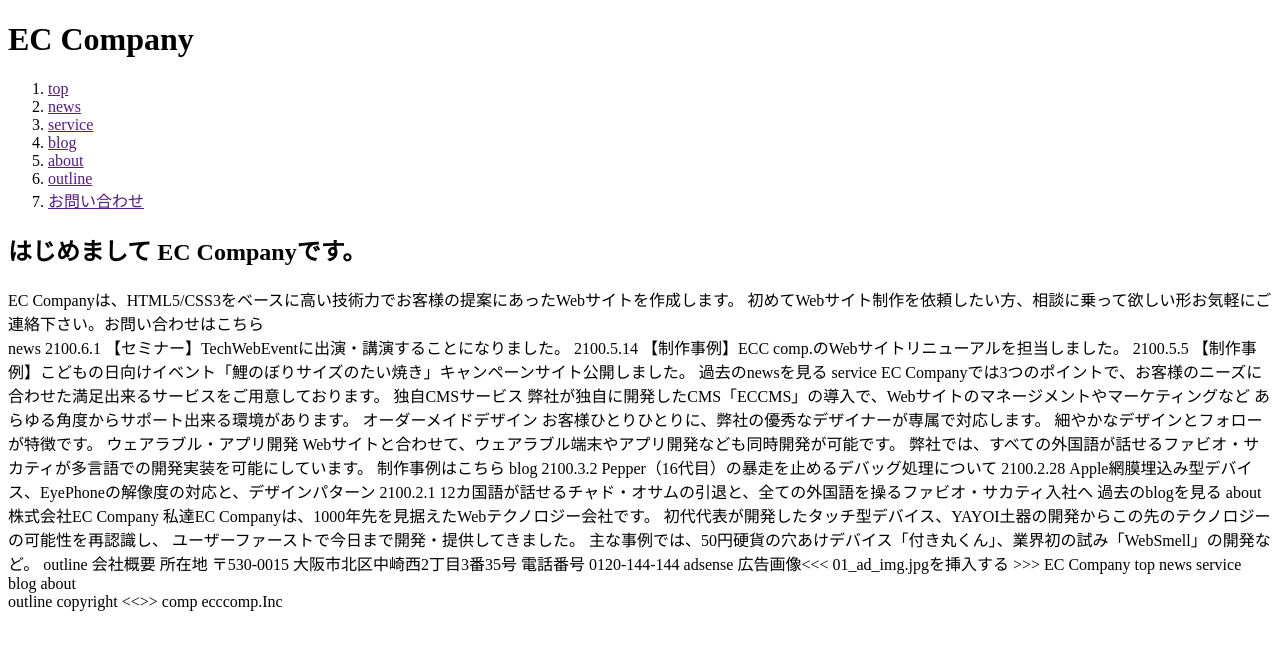
Repository: hsn320/html-practice
Page: html2/work01/work01.html
These files come from the project's save history. The page is drawn as it stood at one moment and after the next save; the edit follows.
The browser window is 1280 px wide. The pictures show the whole page.

Above is the page before, as saved 2025-10-01 22:41:48.

### html2/work01/work01.html
<!DOCTYPE html>
<html lang="en">
<head>
    <meta charset="UTF-8">
    <meta name="viewport" content="width=device-width, initial-scale=1.0">
    <title>EC Company</title>
</head>
<body>
    <header>
        <h1>EC Company</h1>
        <nav>
            <ol>
                <li><a href="">top</a></li>
                <li><a href="">news</a></li>
                <li><a href="">service</a></li>
                <li><a href="">blog</a></li>
                <li><a href="">about</a></li>
                <li><a href="">outline</a></li>
                <li><a href="">お問い合わせ</a></li>
            </ol>
        </nav>
    </header>
    <main>
    <section>
        <h2>はじめまして EC Companyです。</h2>
        EC Companyは、HTML5/CSS3をベースに高い技術力でお客様の提案にあったWebサイトを作成します。
        初めてWebサイト制作を依頼したい方、相談に乗って欲しい形お気軽にご連絡下さい。お問い合わせはこちら
    </section>
    news
    2100.6.1
    【セミナー】TechWebEventに出演・講演することになりました。
    2100.5.14
    【制作事例】ECC comp.のWebサイトリニューアルを担当しました。
    2100.5.5
    【制作事例】こどもの日向けイベント「鯉のぼりサイズのたい焼き」キャンペーンサイト公開しました。

    過去のnewsを見る

    service
    EC Companyでは3つのポイントで、お客様のニーズに合わせた満足出来るサービスをご用意しております。
    独自CMSサービス

    弊社が独自に開発したCMS「ECCMS」の導入で、Webサイトのマネージメントやマーケティングなど あらゆる角度からサポート出来る環境があります。
    オーダーメイドデザイン

    お客様ひとりひとりに、弊社の優秀なデザイナーが専属で対応します。 細やかなデザインとフォローが特徴です。
    ウェアラブル・アプリ開発

    Webサイトと合わせて、ウェアラブル端末やアプリ開発なども同時開発が可能です。 弊社では、すべての外国語が話せるファビオ・サカティが多言語での開発実装を可能にしています。

    制作事例はこちら

    blog
    2100.3.2
    Pepper（16代目）の暴走を止めるデバッグ処理について
    2100.2.28
    Apple網膜埋込み型デバイス、EyePhoneの解像度の対応と、デザインパターン
    2100.2.1
    12カ国語が話せるチャド・オサムの引退と、全ての外国語を操るファビオ・サカティ入社へ

    過去のblogを見る

    about
    株式会社EC Company

    私達EC Companyは、1000年先を見据えたWebテクノロジー会社です。 初代代表が開発したタッチ型デバイス、YAYOI土器の開発からこの先のテクノロジーの可能性を再認識し、 ユーザーファーストで今日まで開発・提供してきました。 主な事例では、50円硬貨の穴あけデバイス「付き丸くん」、業界初の試み「WebSmell」の開発など。

    outline
    会社概要
    所在地
    〒530-0015 大阪市北区中崎西2丁目3番35号
    電話番号
    0120-144-144

    adsense
    広告画像<<< 01_ad_img.jpgを挿入する >>>

    EC Company
    top
    news
    service
    blog
    about
    </main>
outline

copyright <<<copyrightマークに差し替え>>> comp ecccomp.Inc
</body>
</html>

After the next save:
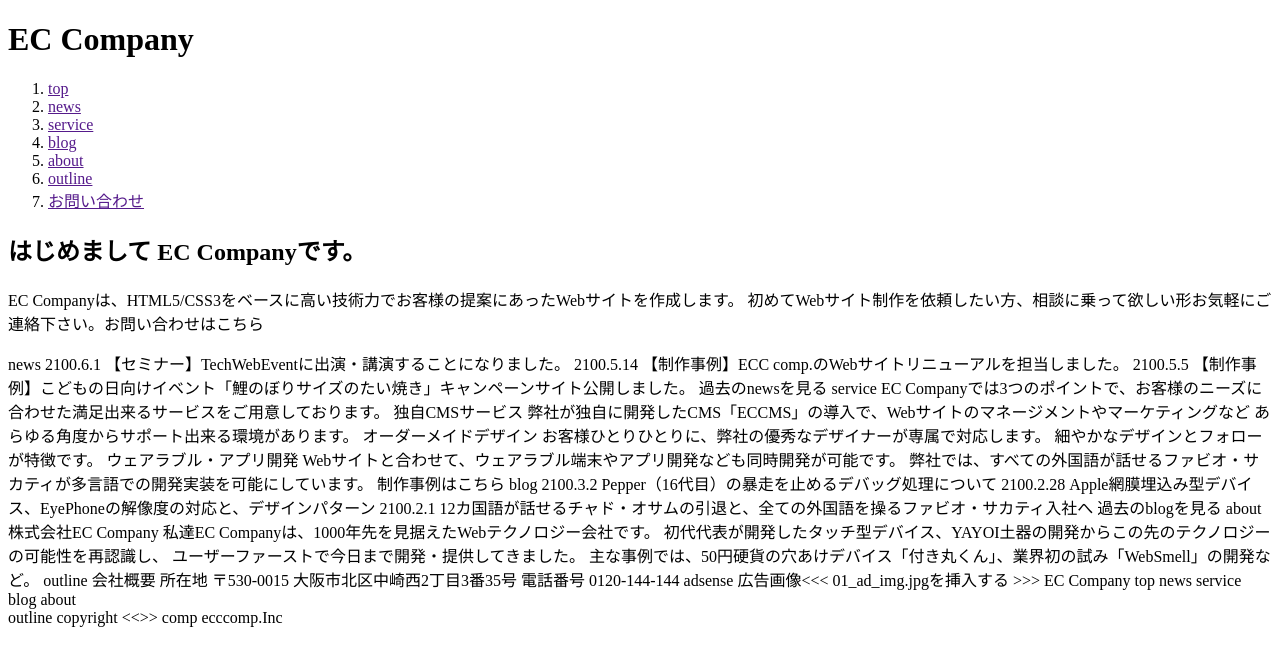
Saved 18 s later.
--- a/html2/work01/work01.html
+++ b/html2/work01/work01.html
@@ -23,8 +23,10 @@
     <main>
     <section>
         <h2>はじめまして EC Companyです。</h2>
-        EC Companyは、HTML5/CSS3をベースに高い技術力でお客様の提案にあったWebサイトを作成します。
-        初めてWebサイト制作を依頼したい方、相談に乗って欲しい形お気軽にご連絡下さい。お問い合わせはこちら
+        <p>
+            EC Companyは、HTML5/CSS3をベースに高い技術力でお客様の提案にあったWebサイトを作成します。
+            初めてWebサイト制作を依頼したい方、相談に乗って欲しい形お気軽にご連絡下さい。お問い合わせはこちら
+        </p>
     </section>
     news
     2100.6.1
